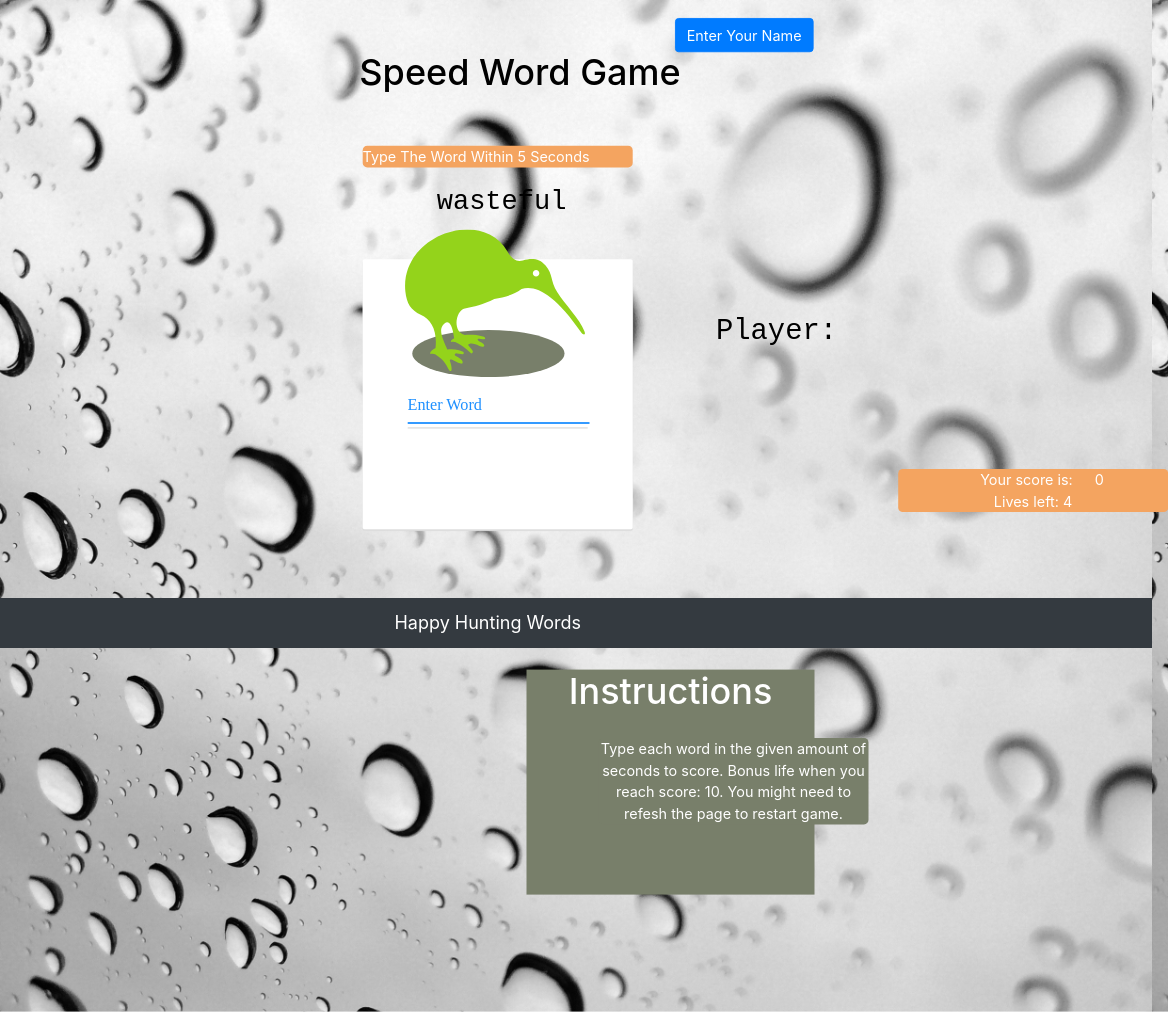
Repository: konstantin0s/word-game-project
Page: modal.html
The author's editor kept a copy of each file at every save. The page is drawn from the files as they stood at one save, then again after the next save.
The browser window is 1280 px wide. The page is 1298 px wide, so the pictures cover 1298 px, including what lies to the right of the window. The pictures show the whole page, at 90% of full size.
Backgrounds fixed to the window are drawn as part of the page. Some web libraries are served in a nearby version.

Above is the page before, as saved 2019-02-14 09:19:54.

After the next save:
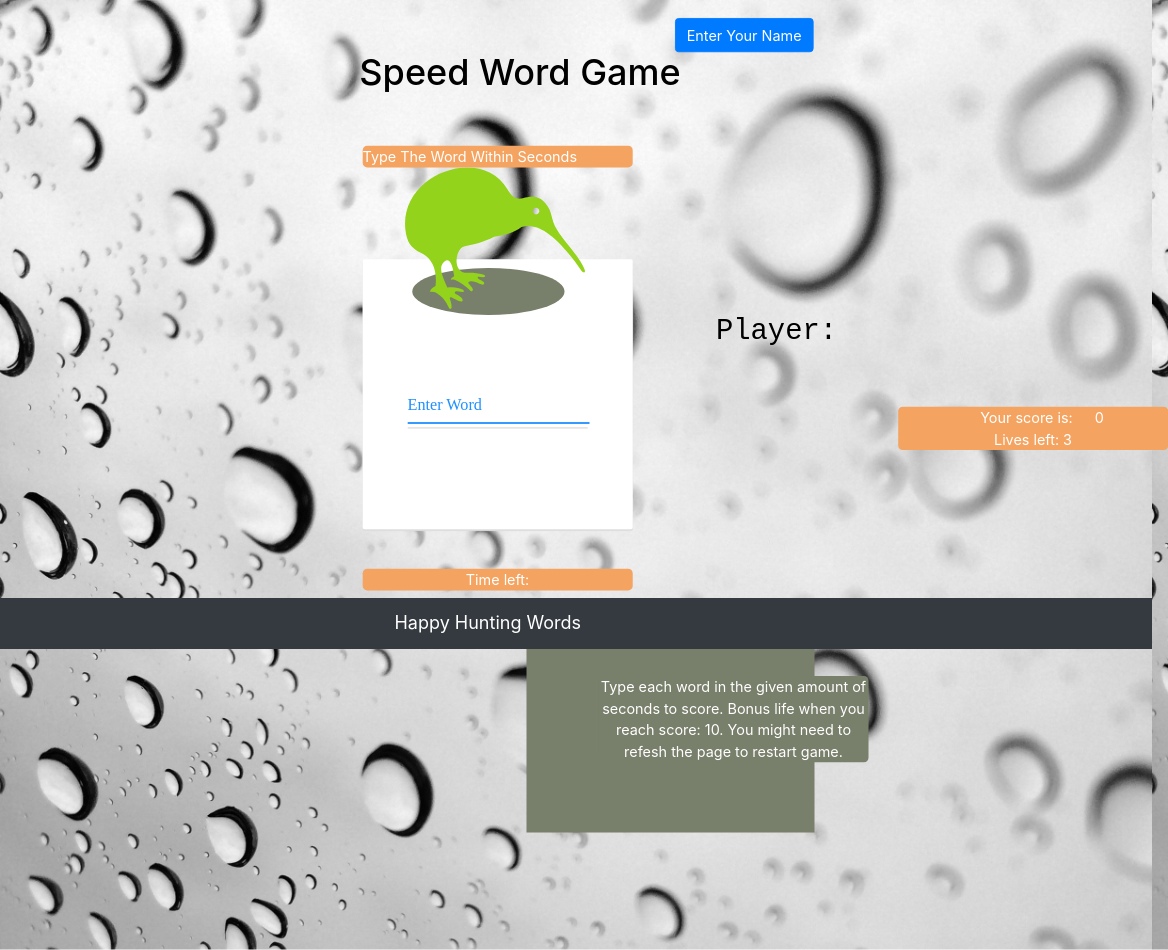
Console error: SyntaxError: Unexpected token '{'
Saved 115 s later.
--- a/js/main.js
+++ b/js/main.js
@@ -127,7 +127,7 @@
           //  if (wordName.css == "yellow") {
           //    reset score and timer.
           //  }
-          if( $("#wordsDisplay").css(background-color == "yellow") ){
+          if (corWrong.innerHTML =="Correct!!!"( ) {
             seconds = 0;
 
         }

After the save that followed:
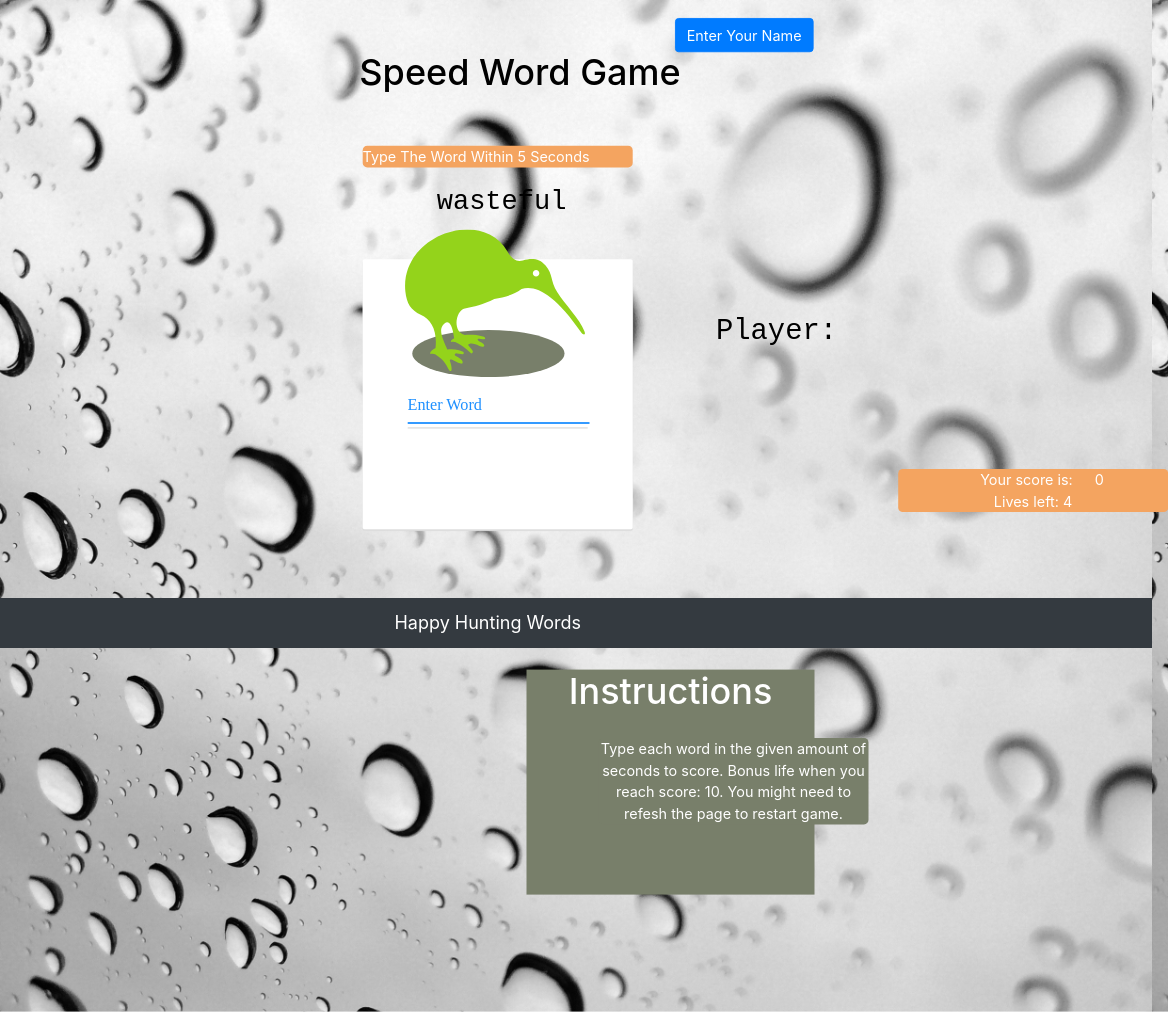
The error is gone.
Saved 77 s later.
--- a/js/main.js
+++ b/js/main.js
@@ -127,9 +127,11 @@
           //  if (wordName.css == "yellow") {
           //    reset score and timer.
           //  }
-          if (corWrong.innerHTML =="Correct!!!"( ) {
+          if (corWrong.innerHTML =="Correct!!!") {
             seconds = 0;
-
+            wordGeneratorLevel1();
+            dinaSec.innerHTML = seconds;
+            timeLeft.innerHTML = seconds;
         }
            score++;
            addScore.textContent = score;
